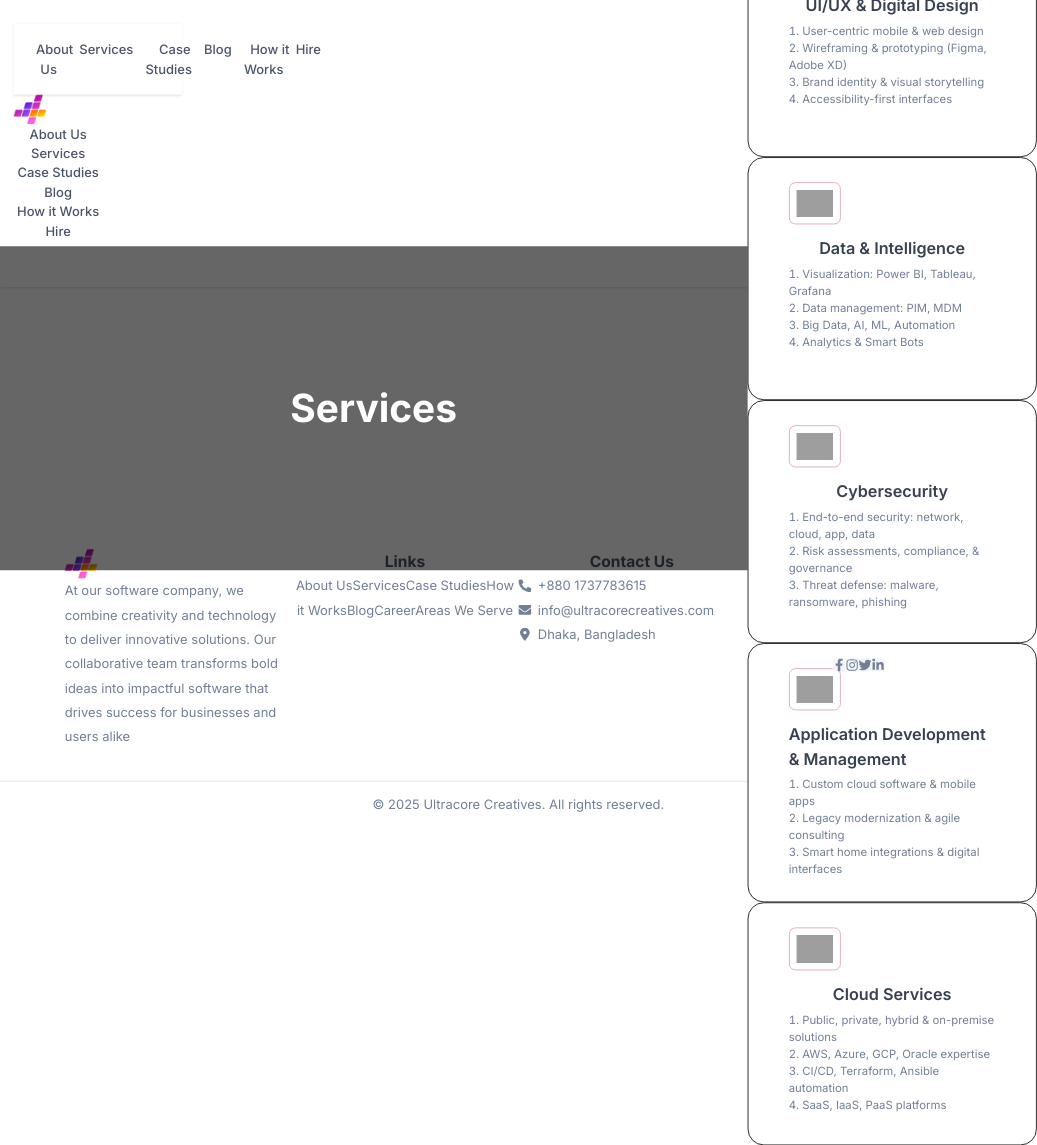
Repository: nazifat/ultra-core
Page: /services
These files come from the project's save history. The page is drawn as it stood at one moment and after the next save; the edit follows.
The browser window is 1280 px wide. The pictures show the whole page, at 81% of full size.
Pictures or frames that could not be fetched are drawn as grey boxes. Backgrounds fixed to the window are drawn as part of the page. The project was rebuilt for these pictures with package versions that can differ from the ones it lists, and the page was loaded fresh each time. Also part of the build but not shown: vite.config.js, src/App.jsx, src/Pages/ErrorPage/ErrorPage.jsx, src/Components/Divider/Divider.jsx, src/Components/CustomHeader/CustomHeader.jsx, src/Pages/Home/Approach/Approach.jsx, src/Pages/Home/Banner/Banner.jsx, src/Pages/Home/BoldIdeas/BoldIdeas.jsx and 22 more.

Above is the page before, as saved 2025-07-10 14:06:32.

### index.html
<!doctype html>
<html lang="en">
  <head>
    <meta charset="UTF-8" />
    <link rel="icon" type="image/svg+xml" href="/vite.svg" />
    <meta name="viewport" content="width=device-width, initial-scale=1.0" />
    <title>Ultracore Creatives</title>
  </head>
  <body>
    <div id="root"></div>
    <script type="module" src="/src/main.jsx"></script>
  </body>
</html>

### src/main.jsx
import { StrictMode } from 'react'
import { createRoot } from 'react-dom/client'
import './index.css'
import App from './App.jsx'
import { router } from './Providers/RouterProvider/RouterProvider'

import {

  RouterProvider
} from "react-router-dom";

createRoot(document.getElementById('root')).render(
  <StrictMode>
    <RouterProvider router={router} />

  </StrictMode>,
)

### src/index.css

@import "@fontsource/inter"; /* Defaults to 400 weight */
@import "@fontsource/inter/500.css";
@import "@fontsource/inter/600.css";
@import "@fontsource/inter/700.css";

@tailwind base;
@tailwind components;
@tailwind utilities;


body{
    background-color: white;
}


.custom-navbar{
    font-family: 'Inter', sans-serif;
    font-weight: 500;
    color: #4A5568;
    font-size: 16px;
}

.custom-navbar a{
  margin-right: 15px;
}



.custom-footer{


font-family: 'Inter', sans-serif;
font-weight: 400;
color: #718096;
line-height:  30px;
letter-spacing: 0%;
font-size: 16px;

}

.custom-footer h6{

  color: #4A5568 !important;
  font-weight:700;
  text-transform: capitalize;
  font-size: larger;

}

.card{
    width: fit-content;
    width: 95%;
    margin: auto;
    height: 400px;
}

@media (max-width: 480px) {
    .card {
      height: 300px; /* or any smaller value */
      width: 80%;
    }
  }


  .tab:hover{
    background: linear-gradient(to right, #F76680, #57007B);
    -webkit-background-clip: text;
    -webkit-text-fill-color: transparent;

    /* Optional: for Firefox */
    background-clip: text;
    color: transparent;

  }
  .tab{
      color: gray;
      border-bottom: white 2px solid;



  }

  .tabs{

    align-items: center !important;
    justify-content: center !important;
    font-size: medium;

  }


  .tab:not(:checked, label:has(:checked), :hover, .tab-active, [aria-selected="false"]){
    color: gray;
    /* border-bottom: purple 2px; */

  }

  .tab:checked, label:has(:checked), .tab-active, [aria-selected="true"]{
    color: purple;
    /* border-bottom: purple 2px solid; */

  background: -webkit-linear-gradient(#F76680, #57007B);
  -webkit-background-clip: text;
  -webkit-text-fill-color: transparent;




  }

  .tab-content {
    margin-top: 50px;
    padding: 0 10px 0 10px;
    width: 70%;
    max-width: auto;
  }

  .tab-content img{
    height: 60px;
    width: fit-content;
  }


  @media (max-width: 480px){

    .tab-content img{
      /* height: auto; */
      width: fit-content;
    }

    .service-card{
      margin: 20px 0px;
    }

    .service-card h2{
      font-size: 16px !important;
      margin-bottom: 5px;
    }

    .circle-divider{
      display: none;
    }

    .how-it-works-divider{
      display:none;
    }


  }


  .approach p{
    font-weight: 400;
    font-size: 14px;
    color: #5d697e;
    font-family: 'Inter';
    line-height: 162%;
  }

  .navbar {
    padding: 17px;
  }


  /* swiper slider------------------ */

  .swiper-pagination-bullet-active{
    background: linear-gradient(45deg, #F76680, #57007B) !important;

  }

  .swiper-pagination-bullet{
    height: 15px !important;
    width: 15px !important;
    /* border: 5px solid black !important; */


  }

  .swiper-wrapper{
    margin-bottom: 5% !important;
  }

  /* .service area */


  .service-card{
    padding: 30px 50px;
    border: 1px solid;
    border-radius: 20px;
    min-height: 300px;

  }

  .service-card img{
    margin-bottom: 15px;

  }

  .service-card li{
    font-size: 14px;
    color: #718096;
    font-weight: 300;
  }

  .service-card h2{
    font-size: 20px;
    margin-bottom: 5px;


  }




/* expert team card hover */

.card-hover {
  transition: transform 0.3s ease-in-out, box-shadow 0.3s ease-in-out;
}

.card-hover:hover {
  transform: scale(1.05) translateY(-8px);
  box-shadow: 0 10px 20px rgba(0, 0, 0, 0.3);
}

### src/Providers/RouterProvider/RouterProvider.jsx
import {
  createBrowserRouter,
  RouterProvider,
} from "react-router-dom";
import ErrorPage from "../../Pages/ErrorPage/ErrorPage";
import Home from "../../Pages/Home/Home";
import Root from '../../Pages/Root/Root';
import About from "../../Pages/About/About";
import Services from '../../Pages/Services/Services';
import CaseStudies from '../../Pages/CaseStudies/CaseStudies'
import Blog from '../../Pages/Blog/Blog'
import Hire from '../../Pages/Hire/Hire'
import HowItWorks from '../../Pages/HowItWorks/HowItWorks'


export const router = createBrowserRouter([
  {
    path: "/",
    element: <Root></Root>,
    errorElement: <ErrorPage></ErrorPage>,
    children: [
      {
        path: "/",
        element: <Home></Home>,
      },
      {
        path: "/about",
        element: <About></About>
      },
      {
        path:"/services",
        element: <Services></Services>

      },
      {
        path: "/caseStudies",
        element: <CaseStudies></CaseStudies>
      },
      {
        path: "/blog",
        element: <Blog></Blog>
      },
      {
        path: "/howItWorks",
        element: <HowItWorks></HowItWorks>
      },
      {
        path: "/hire",
        element:<Hire></Hire>
      }
    ]
  },
]);

### src/App.css
#root {
  max-width: 1920px;
  margin: 0 auto;
  text-align: center;
  padding: 0;
}


.logo {
  height: 6em;
  padding: 1.5em;
  will-change: filter;
  transition: filter 300ms;
}
.logo:hover {
  filter: drop-shadow(0 0 2em #646cffaa);
}
.logo.react:hover {
  filter: drop-shadow(0 0 2em #61dafbaa);
}

@keyframes logo-spin {
  from {
    transform: rotate(0deg);
  }
  to {
    transform: rotate(360deg);
  }
}

@media (prefers-reduced-motion: no-preference) {
  a:nth-of-type(2) .logo {
    animation: logo-spin infinite 20s linear;
  }
}

.card {
  padding: 2em;
}

.read-the-docs {
  color: #888;
}

### src/Pages/Root/Root.jsx
import React from 'react';
import { Outlet } from 'react-router-dom';
import NavBar from '../../Components/Shared/NavBar'
import Footer from '../../Components/Shared/Footer'

const Root = () => {
    return (
        <div>
            <NavBar></NavBar>
            <Outlet></Outlet>
            <Footer></Footer>

        </div>
    );
};

export default Root;

### src/Pages/Services/Services.jsx

import HeaderBanner from '../../Components/HeaderBanner/HeaderBanner'
const Services = () => {
    return (
        <div className='h-[300px] items-center flex justify-center'>

            <HeaderBanner img="" title="Services"></HeaderBanner>

            <div className='service-area'>
                {/* service--1 */}
                <div className=" service-card bg-[#fff] shadow-sm  rounded-lg">
                    <div className=''>
                        <img
                            className='h-[52px] w-[52px] border border-[#DE9EBA] rounded-lg p-2'
                            src="https://ibb.co.com/mCKqn1bL"
                            alt="AI"
                        />
                    </div>

                    <div className="">
                        <h2 className="card-title font-semibold text-gray-700">
                            AI & Machine Learning
                        </h2>
                        <ol className='text-left text-[#718096] list-decimal list-inside  '>
                            <li>Natural Language Processing (NLP)</li>
                            <li>Computer Vision & OCR</li>
                            <li>Predictive Analytics & Forecasting</li>
                            <li>AI Model Integration & Deployment</li>
                        </ol>

                    </div>
                </div>


                {/* service--2 */}
                <div className="service-card bg-[#fff]  shadow-sm">
                    <div className=''>
                        <img
                            className='max-h-16 max-w-16 border border-[#DE9EBA] rounded-lg p-2 object-contain'
                            src="https://ibb.co.com/DgMJzWHZ"
                            alt="AI"
                        />
                    </div>

                    <div className="">
                        <h2 className="card-title font-semibold text-gray-700">
                            UI/UX & Digital Design
                        </h2>
                        <ol className='text-left text-[#718096] list-decimal list-inside  '>
                            <li>User-centric mobile & web design</li>
                            <li>Wireframing & prototyping (Figma, Adobe XD)</li>
                            <li>Brand identity & visual storytelling</li>
                            <li>Accessibility-first interfaces</li>
                        </ol>

                    </div>
                </div>


                {/* service--3 */}
                <div className="service-card bg-[#fff] shadow-sm">
                    <div className=''>
                        <img
                            className='max-h-16 max-w-16 border border-[#DE9EBA] rounded-lg p-2 object-contain'
                            src="https://ibb.co.com/TxwX1XNs"
                            alt="AI"
                        />
                    </div>

                    <div className="">
                        <h2 className="card-title font-semibold text-gray-700">
                            Data & Intelligence
                        </h2>
                        <ol className='text-left text-[#718096] list-decimal list-inside  '>
                            <li>Visualization: Power BI, Tableau, Grafana</li>
                            <li>Data management: PIM, MDM</li>
                            <li>Big Data, AI, ML, Automation</li>
                            <li>Analytics & Smart Bots</li>
                        </ol>

                    </div>
                </div>

                {/* service--4 */}
                <div className="service-card bg-[#fff]  shadow-sm">
                    <div className=''>
                        <img
                            className='max-h-16 max-w-16 border border-[#DE9EBA] rounded-lg p-2 object-contain'
                            src="https://ibb.co.com/4wknLc7c"
                            alt="Cybersecurity"
                        />
                    </div>

                    <div className="">
                        <h2 className="card-title font-semibold text-gray-700">
                            Cybersecurity
                        </h2>
                        <ol className='text-left text-[#718096] list-decimal list-inside  '>
                            <li>End-to-end security: network, cloud, app, data</li>
                            <li>Risk assessments, compliance, & governance</li>
                            <li>Threat defense: malware, ransomware, phishing</li>
                        </ol>

                    </div>
                </div>
                {/* service--5 */}
                <div className="service-card bg-[#fff] shadow-sm">
                    <div className=''>
                        <img
                            className='max-h-16 max-w-16 border border-[#DE9EBA] rounded-lg p-2 object-contain'
                            src="https://ibb.co.com/BKjw1FZZ"
                            alt="AI"
                        />
                    </div>

                    <div className="">
                        <h2 className="card-title font-semibold text-gray-700 text-left">
                            Application Development & Management
                        </h2>
                        <ol className='text-left text-[#718096] list-decimal list-inside  '>
                            <li>Custom cloud software & mobile apps</li>
                            <li>Legacy modernization &amp; agile consulting</li>
                            <li>Smart home integrations & digital interfaces</li>

                        </ol>

                    </div>
                </div>
                {/* service--6 */}
                <div className="service-card bg-[#fff] shadow-sm">
                    <div className=''>
                        <img
                            className='max-h-16 max-w-16 border border-[#DE9EBA] rounded-lg p-2 object-contain'
                            src="https://ibb.co.com/pv1JBPYb"
                            alt="AI"
                        />
                    </div>

                    <div className="">
                        <h2 className="card-title font-semibold text-gray-700">
                            Cloud Services
                        </h2>
                        <ol className='text-left text-[#718096] list-decimal list-inside  '>
                            <li>Public, private, hybrid & on-premise solutions</li>
                            <li>AWS, Azure, GCP, Oracle expertise</li>
                            <li>CI/CD, Terraform, Ansible automation</li>
                            <li>SaaS, IaaS, PaaS platforms</li>

                        </ol>

                    </div>
                </div>




            </div>



        </div>
    );
};

export default Services;

### src/Components/Divider/LineDivider.jsx
import React from 'react';

const LineDivider = () => {
    return (
        <div>
            <div className="h-[1px] w-full bg-[#E7DAED] my-4"></div>

        </div>
    );
};

export default LineDivider;

### src/Components/Shared/NavBar.jsx
import React from 'react';
import { NavLink } from 'react-router-dom';
import logo from '../../assets/images/logo.png'
import CustomButton from '../CustomButton/CustomButton';
import { MdOutlineMenu } from "react-icons/md";


const NavBar = () => {

    const links = <>
        <li className='custom-navbar'><NavLink to="/about">About Us</NavLink></li>
        <li className='custom-navbar'><NavLink to="/Services">Services</NavLink></li>
        <li className='custom-navbar'><NavLink to="/caseStudies">Case Studies</NavLink></li>
        <li className='custom-navbar'><NavLink to="/blog">Blog</NavLink></li>
        <li className='custom-navbar'><NavLink to="/howItWorks">How it Works</NavLink></li>
        <li className='custom-navbar'> <NavLink to="/hire">Hire</NavLink></li>
    </>
    return (
        <div className="navbar w-full shadow">
            <div className="navbar-start">
                <div className="dropdown ">
                    <div tabIndex={0} role="button" className="btn btn-lg bg-gray-100 border-0 mx-2  lg:hidden  ">
                    <MdOutlineMenu  className='text-gray-600'/>
                    </div>
                    <ul
                        // tabIndex={0}
                        className="menu menu-md dropdown-content bg-white z-1 mt-3 w-52 p-5 shadow flex ">
                        {links}
                    </ul>
                </div>
                <NavLink className=" text-xl" to='/'><img src={logo} alt="" /></NavLink>
            </div>
            <div className="navbar-center hidden lg:flex">
                <ul className="menu menu-horizontal px-1">
                    {links}

                </ul>
            </div>
            <div className="navbar-end">
            <CustomButton
                            className="justify-end"
                            btnText="Let's work Together"
                        />
                {/* <CustomButton justifyPosition="end" btnText="Let's work Together"></CustomButton> */}

            </div>
        </div>
    );
};

export default NavBar;

### src/Components/Shared/Footer.jsx
import { NavLink } from 'react-router-dom';
import logo from '../../assets/images/logo.png'
import { FaEnvelope, FaFacebook, FaFacebookF, FaFacebookSquare, FaInstagram, FaLinkedin, FaLinkedinIn, FaLocationArrow, FaPhoneAlt, FaTwitter } from "react-icons/fa";

import { FaLocationDot } from "react-icons/fa6";
import LineDivider from '../Divider/LineDivider';
const Footer = () => {
    return (
        <div>
            <footer className="lg:px-20 custom-footer footer  sm:footer-horizontal text-gray-600 text-neutral-content p-10  flex md:flex-row flex-col md:justify-evenly md:p-6 " >
                <nav className='flex-[1] min-w-[200px]' >
                    <NavLink to="/"> <img src={logo} alt="" /></NavLink>

                    <p className='text-left'>At our software company, we combine creativity and technology to deliver innovative solutions. Our collaborative team transforms bold ideas into impactful software that drives success for businesses and users alike
                    </p>
                </nav>
                <nav className='flex-1 justify-center'>
                    <h6 className="">Links</h6>
                    <NavLink to="/about">About Us</NavLink>
                    <NavLink to="/services">Services</NavLink>
                    <NavLink to="/caseStudies">Case Studies</NavLink>
                    <NavLink to="/howItWorks">How it Works</NavLink>
                    <NavLink to="/blog">Blog</NavLink>
                    <NavLink to="/career">Career</NavLink>
                    <NavLink to="/areasWeServer">Areas We Serve</NavLink>
                </nav>
                <nav className='flex-1 justify-center'>
                    <h6 className="">Contact Us</h6>
                    <p className="flex items-center gap-2"><FaPhoneAlt />+880 1737783615</p>
                    <p className="flex items-center gap-2"><FaEnvelope /> info@ultracorecreatives.com</p>
                    <p className="flex items-center gap-2"><FaLocationDot /> Dhaka, Bangladesh</p>
                </nav>
                <nav className='flex-1 justify-center flex items-center justify-center mt-10'>

                    <button className="btn btn-circle bg-gray-100 text-base-100 border-gray-100">
                        <FaFacebookF></FaFacebookF>
                    </button>
                    <button className="btn btn-circle bg-gray-100 text-base-100 border-gray-100">
                        <FaInstagram></FaInstagram>
                    </button>
                    <button className="btn btn-circle bg-gray-100 text-base-100 border-gray-100">
                        <FaTwitter></FaTwitter>
                    </button>
                    <button className="btn btn-circle bg-gray-100 text-base-100 border-gray-100">
                        <FaLinkedinIn />
                    </button>

                </nav>





            </footer>

                <LineDivider></LineDivider>
            <aside className='lg:px-20'>
                <p className='text-center text-[#718096] pb-5'> © {new Date().getFullYear()}  Ultracore Creatives. All rights reserved.</p>
            </aside>

        </div>


    );
};

export default Footer;

### src/Components/HeaderBanner/HeaderBanner.jsx

const HeaderBanner = ({img, title}) => {
    return (
        <div
      className="relative w-full h-[400px] bg-fixed bg-center bg-cover mt-0 pt-0"
      style={{
        backgroundImage: `url(${img})`,
      }}
    >
      <div className="absolute inset-0 bg-black bg-opacity-60 flex items-center justify-center">
        <h1 className="text-white text-5xl md:text-5xl font-bold z-10">{title}</h1>
      </div>
    </div>
    );
};

export default HeaderBanner;

### src/Components/CustomButton/CustomButton.jsx
// import React from 'react';
// import { NavLink } from 'react-router-dom';

import { NavLink } from "react-router-dom";

// const CustomButton = (props) => {
//     return (
//         <div className={`w-full flex  justify-${props.justifyPosition}`}>
//             <NavLink className="btn lg:btn-lg btn-sm bg-gradient-to-r from-[#57007B] to-[#6675F7] text-white font-semibold py-2 px-6 rounded shadow-md hover:opacity-90 transition duration-300">
//                 {props.btnText}
//             </NavLink>
//         </div>
//     );
// };

// export default CustomButton;


export default function CustomButton({ btnText, className = '' }) {
    return (
      <div className={`flex ${className}`}>
        <NavLink className="btn lg:btn-lg btn-sm bg-gradient-to-r from-[#57007B] to-[#6675F7] text-white font-semibold py-2 px-6 rounded shadow-md hover:opacity-90 transition duration-300">
          {btnText}
        </NavLink>
      </div>
    );
  }

### tailwind.config.js
/** @type {import('tailwindcss').Config} */
export default {
  content: ["./src/**/*.{html,js,jsx,ts,tsx}"],

  theme: {
    extend: {

      fontFamily: {
        sans: ['Inter', 'sans-serif'], // replaces default sans
      },
      screens: {
        sm: '640px',
        // other breakpoints...
      },

    },


  },
  plugins: [
    require('daisyui'),
  ],

}

After the next save:
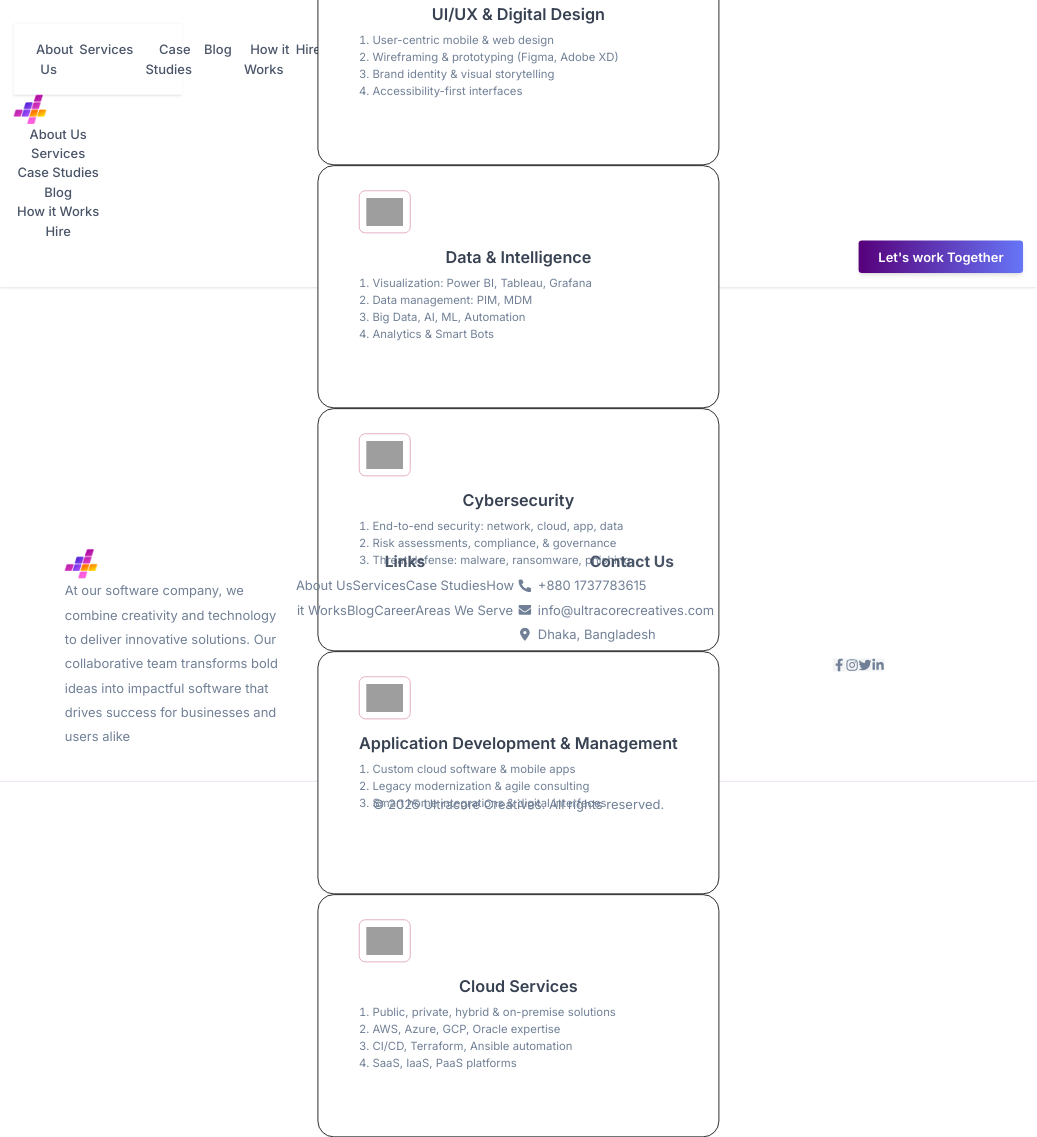
Saved 20 s later.
--- a/src/Pages/Services/Services.jsx
+++ b/src/Pages/Services/Services.jsx
@@ -4,7 +4,7 @@ const Services = () => {
     return (
         <div className='h-[300px] items-center flex justify-center'>
 
-            <HeaderBanner img="" title="Services"></HeaderBanner>
+            {/* <HeaderBanner img="" title="Services"></HeaderBanner> */}
 
             <div className='service-area'>
                 {/* service--1 */}
